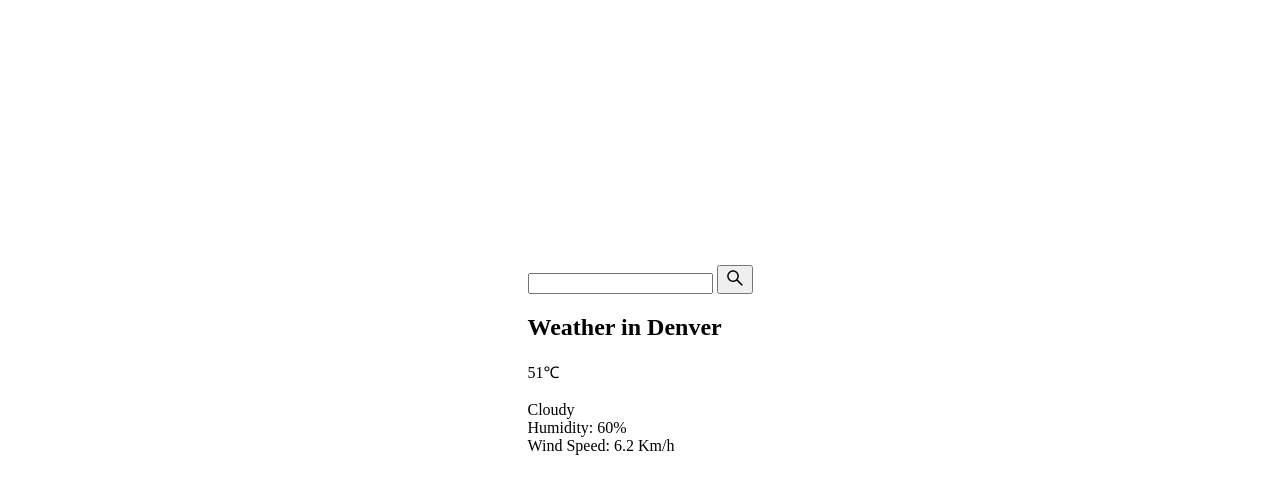
Repository: pin-seavmuy/JavaScript
Page: index.html
The author's editor kept a copy of each file at every save. The page is drawn from the files as they stood at one save, then again after a run of saves.
The browser window is 1280 px wide. The pictures show the whole page.

Above is the page before, as saved 2024-04-21 22:53:53.

### index.html
<!DOCTYPE html>
<html>
    <head>
        <meta charset="utf-8">
        <meta http-equiv="X-UA-Compatible" content="IE=edge">
        <title>Weather App</title>
        <meta name="description" content="">
        <meta name="viewport" content="width=device-width, initial-scale=1">
        <link rel="stylesheet" href="./style.css">
        <link rel="stylesheet" href="path/to/font-awesome/css/font-awesome.min.css">
    </head>
    <body>
        <div class="card">
            <div class="search">
                <input type="text" class="search-bar">
                <button><svg stroke="currentColor" fill="currentColor" stroke-width="0" viewBox="0 0 1024 1024" height="1.5em"
                    width="1.5em" xmlns="http://www.w3.org/2000/svg">
                    <path
                      d="M909.6 854.5L649.9 594.8C690.2 542.7 712 479 712 412c0-80.2-31.3-155.4-87.9-212.1-56.6-56.7-132-87.9-212.1-87.9s-155.5 31.3-212.1 87.9C143.2 256.5 112 331.8 112 412c0 80.1 31.3 155.5 87.9 212.1C256.5 680.8 331.8 712 412 712c67 0 130.6-21.8 182.7-62l259.7 259.6a8.2 8.2 0 0 0 11.6 0l43.6-43.5a8.2 8.2 0 0 0 0-11.6zM570.4 570.4C528 612.7 471.8 636 412 636s-116-23.3-158.4-65.6C211.3 528 188 471.8 188 412s23.3-116.1 65.6-158.4C296 211.3 352.2 188 412 188s116.1 23.2 158.4 65.6S636 352.2 636 412s-23.3 116.1-65.6 158.4z">
                    </path>
                </svg></button>
            </div>
            <div class="weather">
                <h2 class="city">Weather in Denver</h2>
                <div class="temp">51&#8451;</div>
                <img src="" class="icon" alt="">
                <div class="description">Cloudy</div>
                <div class="humidity">Humidity: 60%</div>
                <div class="wind">Wind Speed: 6.2 Km/h</div>
            </div>
        </div>

        <script src="script.js" async defer></script>
    </body>
</html>

### style.css
body {
    display: flex;
    justify-content: center;
    align-items: center;
    height: 100vh;
    margin: 0;
}

Loaded but not shown: script.js (no copy from this time; the picture is the same without it)

After the next 3 saves:
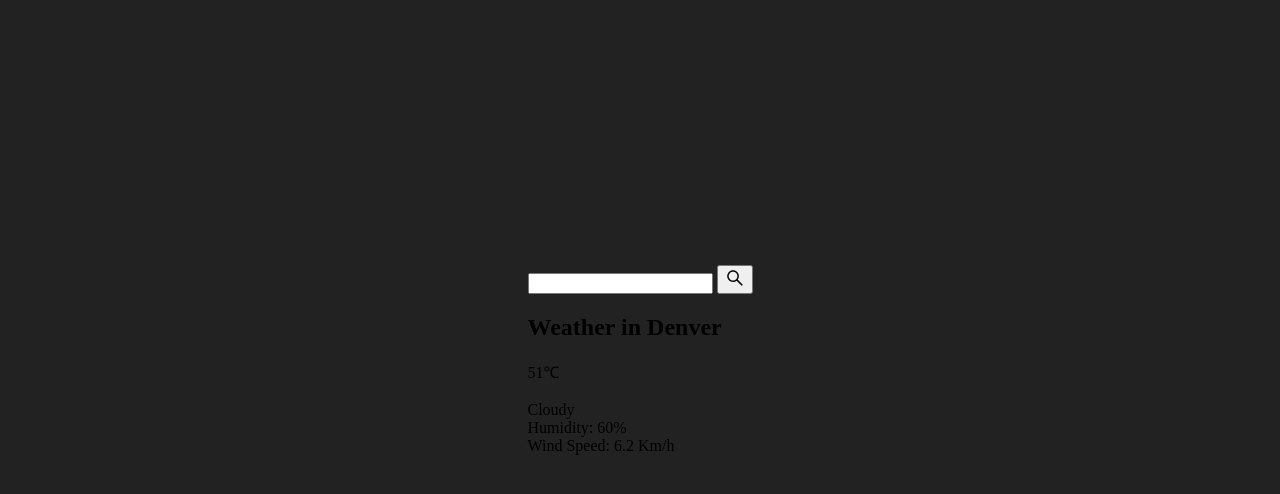
The 3 saves are shown as one change because they came seconds apart.
The last was saved 13 s later.
--- a/style.css
+++ b/style.css
@@ -4,4 +4,5 @@ body {
     align-items: center;
     height: 100vh;
     margin: 0;
+    background: #222;
 }
